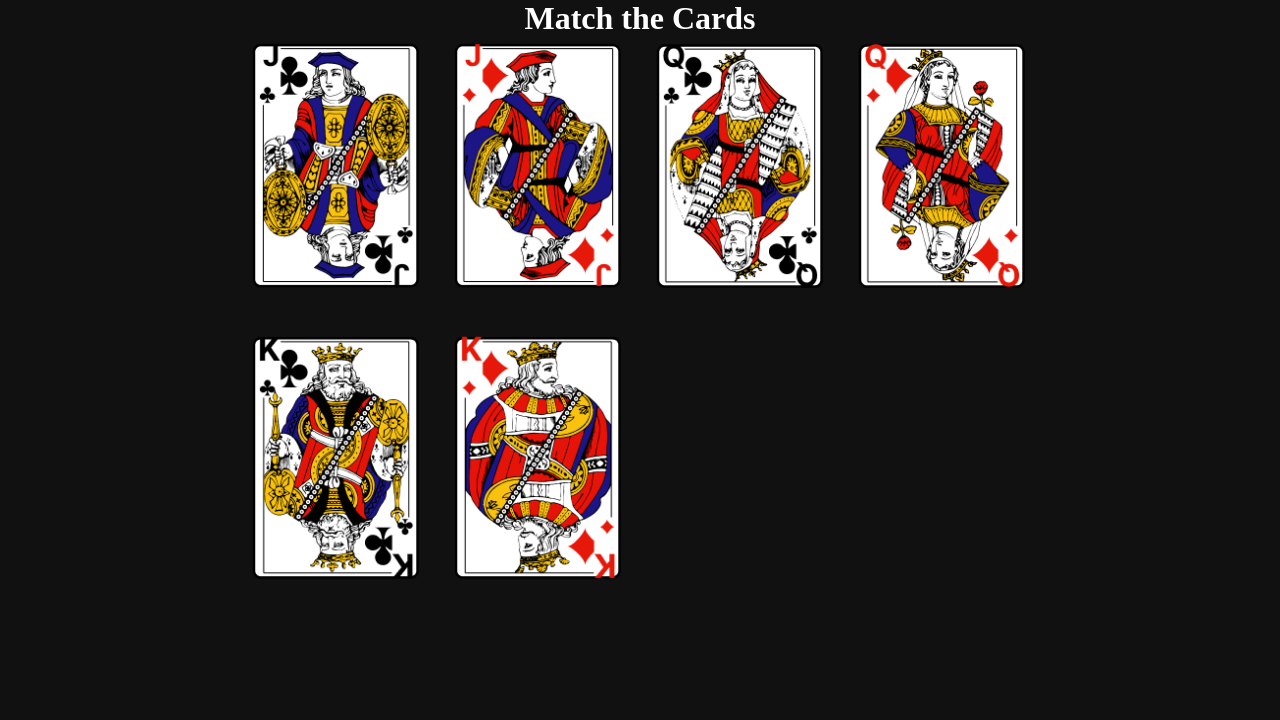
Repository: ThisIsSahaj/Js-Games
Page: MemoryCards/index.html
The author's editor kept a copy of each file at every save. The page is drawn from the files as they stood at one save, then again after the next save.
The browser window is 1280 px wide. The pictures show the whole page.

Above is the page before, as saved 2024-05-15 19:25:10.

### MemoryCards/index.html
<!DOCTYPE html>
<html lang="en">
<head>
    <meta charset="UTF-8">
    <meta http-equiv="X-UA-Compatible" content="IE=edge">
    <meta name="viewport" content="width=device-width, initial-scale=1.0">
    <title>Memory Card Game</title>
    <link rel="stylesheet" href="style.css">
</head>
<body>
    <h1>Match the Cards</h1>
    <div class="container">

    </div>
    <script src="script.js"></script>
</body>
</html>

### MemoryCards/style.css
*{
    margin: 0;
    padding: 0;
    box-sizing: border-box;
}

body{
    background-color: #111;
    color: white;
    font-family: Poppins;
    display: flex;
    flex-direction: column;
    justify-content: center;
    align-items: center;
}

img{
    width: 166.51px;
    height: 257.2px;
    /* border: 2px solid red; */
}
.container{
    /* border: 2px solid red; */
    display: grid;
    grid-template-columns: repeat(4,1fr);
    grid-gap: 2rem;

}
.card{
    /* border: 2px solid red; */
    width: 170px;
    height: 260px;
}

### MemoryCards/script.js
data =[
    {
      image : 'images/jack_club.png',
      name : 'jack_club'
    },
    {
      image : 'images/jack_diamond.png',
      name : 'jack_diamond'
    },
    {
      image : 'images/queen_club.png',
      name : 'queen_club'
    },
    {
      image : 'images/queen_diamond.png',
      name : 'queen_diamond'
    },
    {
      image : 'images/king_club.png',
      name : 'king_club'
    },
    {
      image : 'images/king_diamond.png',
      name : 'king_diamond'
    },
];



container = document.querySelector('.container');

const generateCards = (element) =>
{
  const card = document.createElement('div')
  card.classList.add('card');
  card.dataset.name = element.name;

  cardHtml = `
  <img src="${element.image}" alt="">
  `

  card.insertAdjacentHTML('afterbegin', cardHtml);

  container.appendChild(card);

}


const totalData = data.concat(data);


data.forEach(element => {
  generateCards(element);
  // generateCards(element);
});

After the next save:
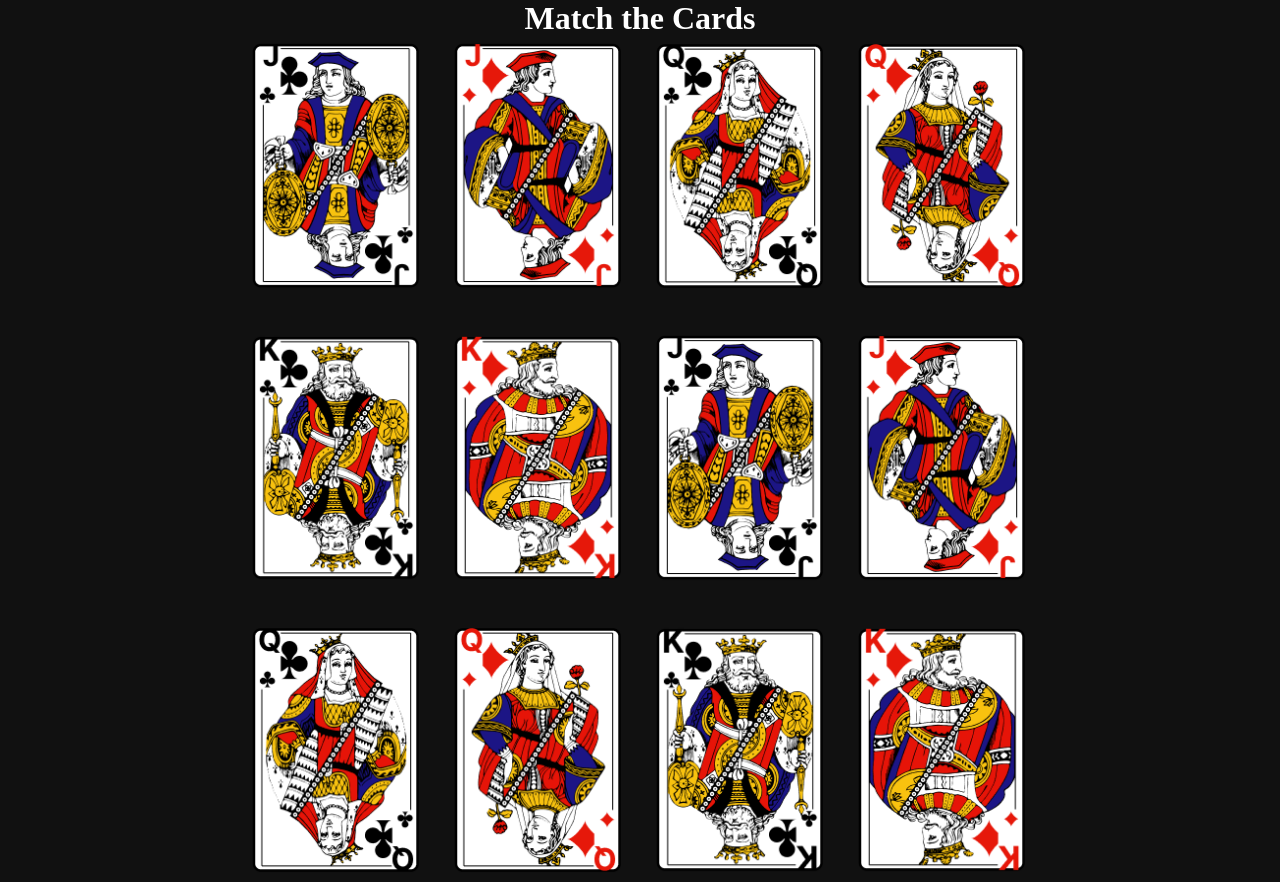
Saved 7 s later.
--- a/MemoryCards/script.js
+++ b/MemoryCards/script.js
@@ -49,7 +49,7 @@
 const totalData = data.concat(data);
 
 
-data.forEach(element => {
+totalData.forEach(element => {
   generateCards(element);
   // generateCards(element);
 });
